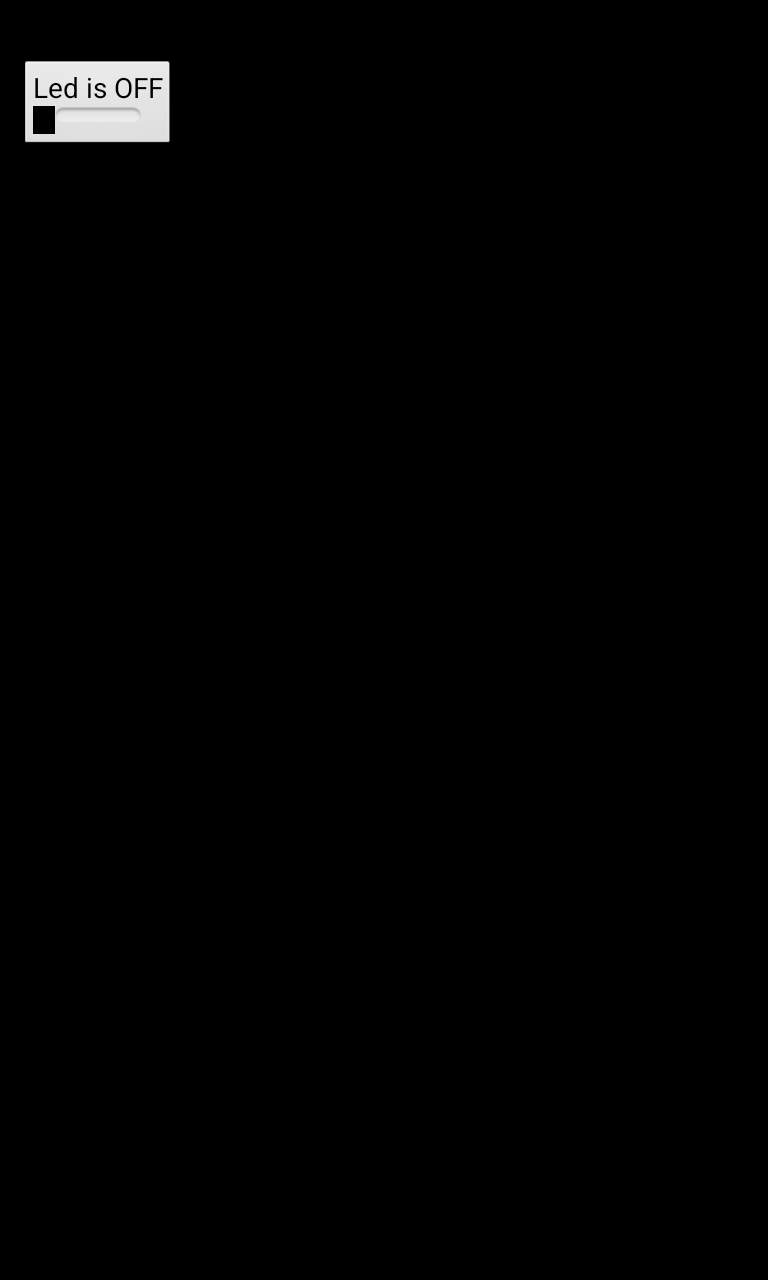
Repository: deanzaka/Shroom-Smart-Terminal
Layout: IOIOShroomST/res/layout/main.xml
The author's editor kept a copy of each file at every save. The layout is drawn from the files as they stood at one save, then again after the next save.
It is drawn on a 768 x 1280 px phone screen (xhdpi) without system bars, with theme android:Theme; the app's code is not run.

Above is the layout before, as saved 2014-11-16 13:58:22.

### IOIOShroomST/res/layout/main.xml
<?xml version="1.0" encoding="utf-8"?>
<LinearLayout xmlns:android="http://schemas.android.com/apk/res/android"
    android:orientation="vertical"
    android:layout_width="fill_parent"
    android:layout_height="fill_parent">

	<RelativeLayout
	    android:layout_width="match_parent"
		android:layout_height="wrap_content"
		android:orientation="vertical"
		android:paddingTop="20dp">

		<ToggleButton
			android:id="@+id/Terminal1"
			android:layout_width="wrap_content"
			android:layout_height="wrap_content"
			android:layout_gravity="center_horizontal"
			android:layout_margin="20px"
			android:textOff="Led is OFF"
			android:textOn="Led is ON"
			/>
	</RelativeLayout>

</LinearLayout>

After the next save:
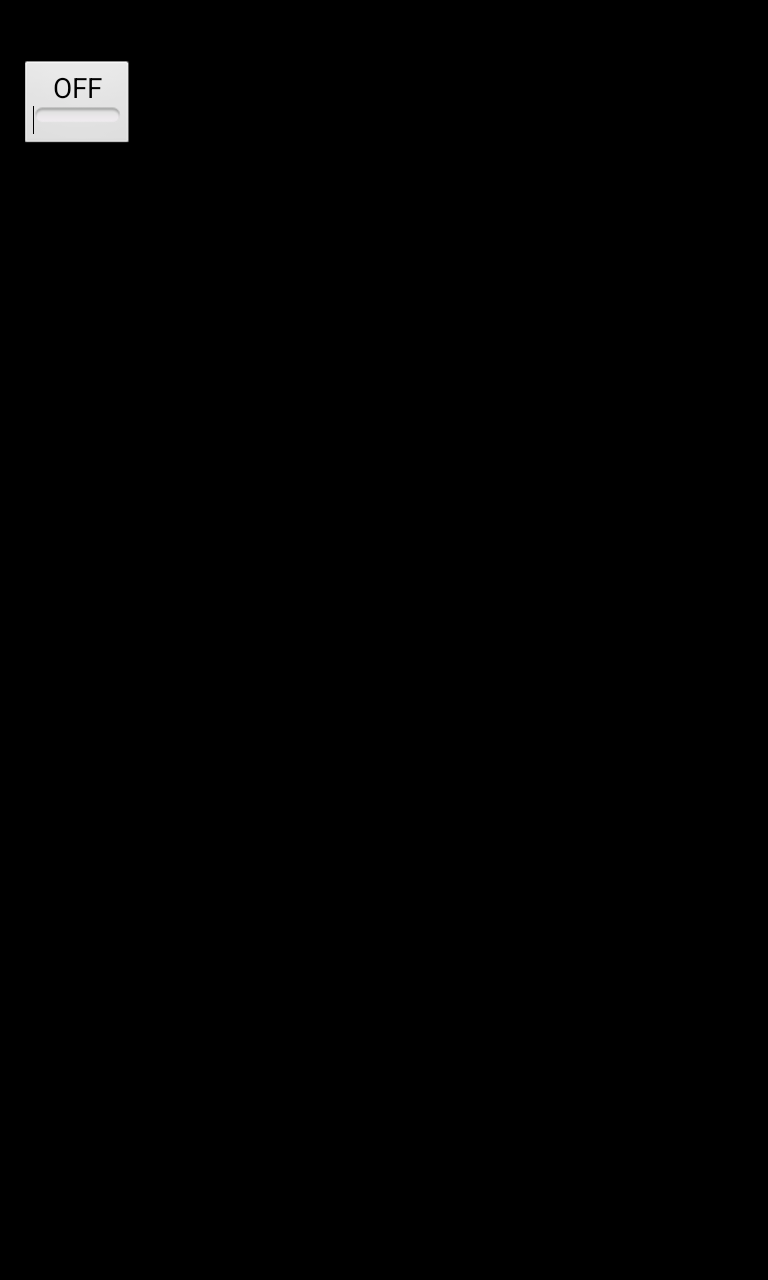
Saved 37 s later.
--- a/IOIOShroomST/res/layout/main.xml
+++ b/IOIOShroomST/res/layout/main.xml
@@ -16,8 +16,7 @@
 			android:layout_height="wrap_content"
 			android:layout_gravity="center_horizontal"
 			android:layout_margin="20px"
-			android:textOff="Led is OFF"
-			android:textOn="Led is ON"
+			android:text="Terminal 1"
 			/>
 	</RelativeLayout>
 
